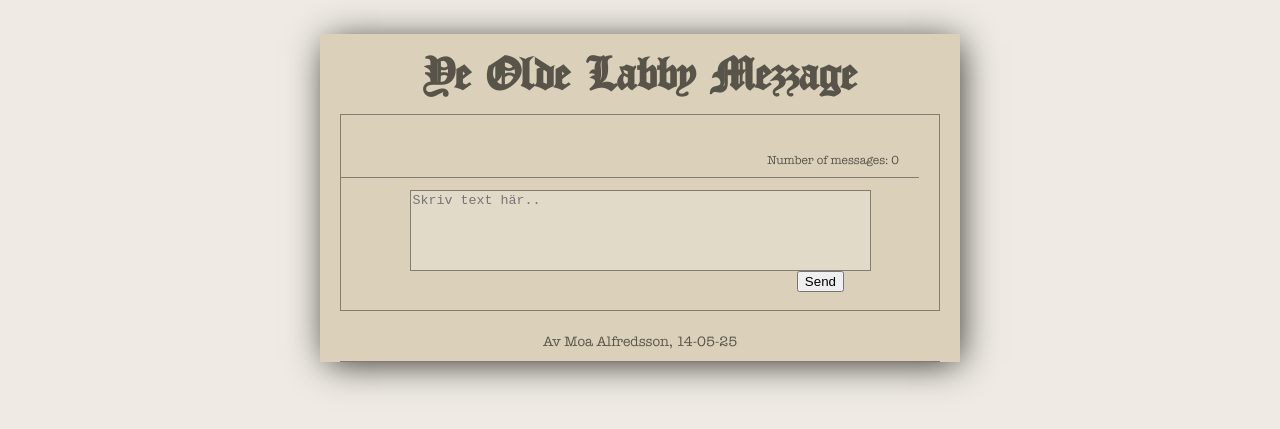
Repository: ma223md/1dv403-laborationer
Page: 2-labbymezzage/index.html
The author's editor kept a record of every edit. The page is drawn from the files as they stood at one moment, then again after the next edit.
The browser window is 1280 px wide. The pictures show the whole page.

Above is the page before.

After the next edit:
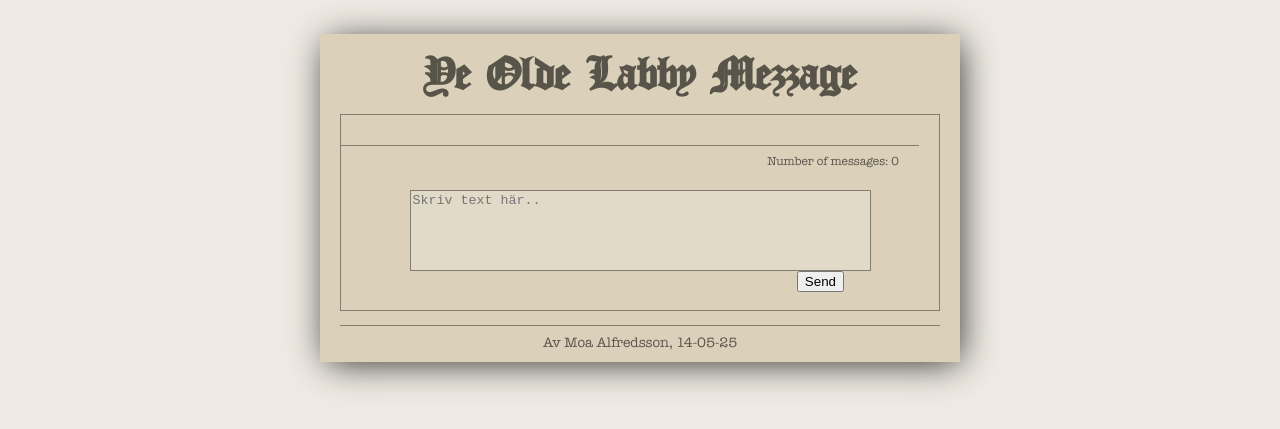
The edit:
--- a/2-labbymezzage/labbymezzagestyle.css
+++ b/2-labbymezzage/labbymezzagestyle.css
@@ -46,7 +46,7 @@
     padding-bottom: 10px;
     padding-left: 20px;
     padding-right: 20px;
-    border-bottom: solid;
+    border-top: solid;
     border-width: 1px;
     border-color: #837D70;
     color: #58544A;

After the 2 edits that followed:
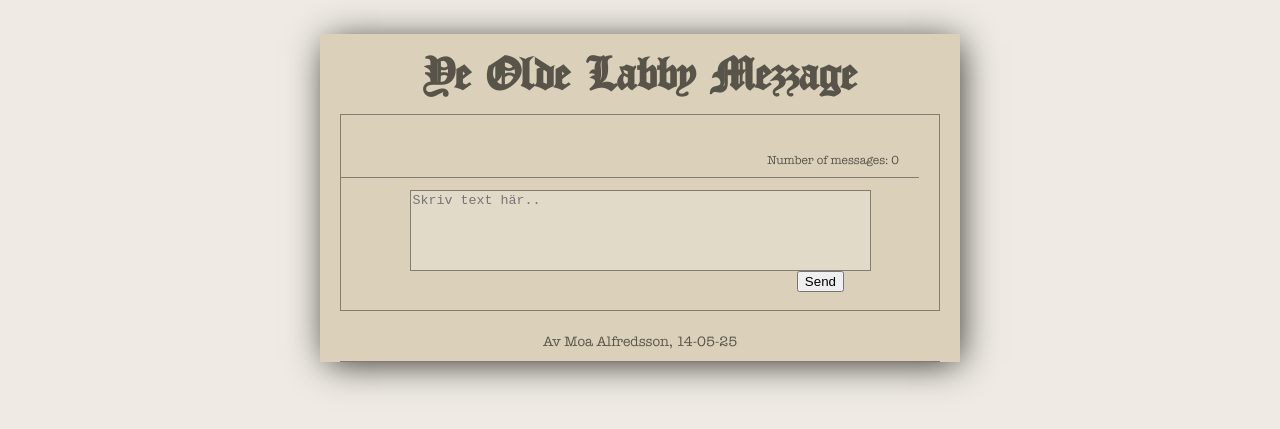
The 2 edits are shown as one change because 1 left the picture as it was.
The edit:
--- a/2-labbymezzage/labbymezzagestyle.css
+++ b/2-labbymezzage/labbymezzagestyle.css
@@ -46,14 +46,17 @@
     padding-bottom: 10px;
     padding-left: 20px;
     padding-right: 20px;
-    border-top: solid;
+    border-bottom: solid;
     border-width: 1px;
     border-color: #837D70;
     color: #58544A;
 }
 
 time {
+    font-family: article;
+    font-size: 12px;
     float: right;
+    margin-right: 20px;
 }
 
 #messagecount {
